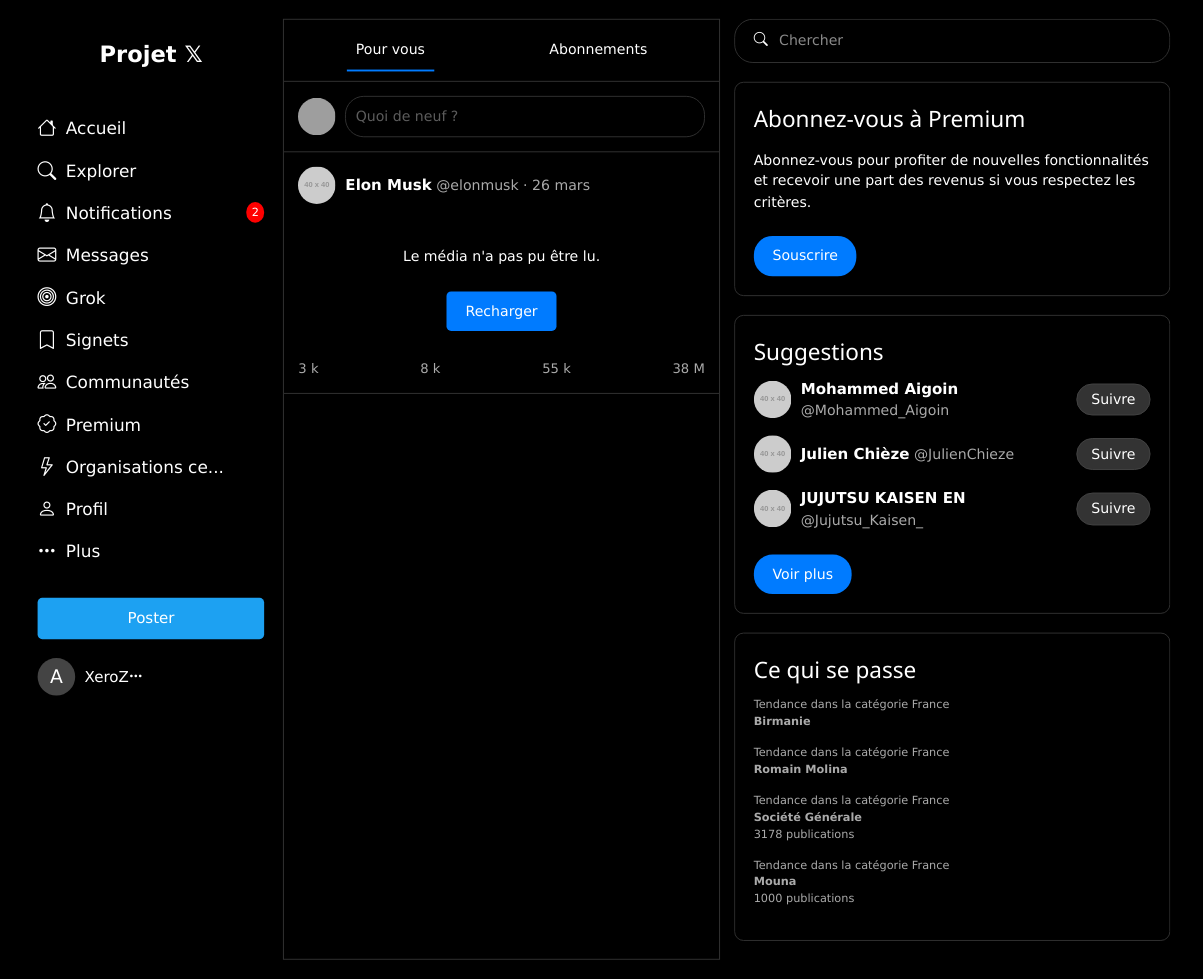
Repository: barriefl/ProjetX_BARRIER_MAULINE_MARQUES-FELIX_SERVONNET
Page: front/index.html
These files come from the project's save history. The page is drawn as it stood at one moment and after a run of saves; the edit follows.
The browser window is 1280 px wide. The pictures show the whole page, at 94% of full size.
Pictures or frames that could not be fetched are drawn as grey boxes.

Above is the page before, as saved 2025-03-28 09:32:15.

### front/index.html
<!DOCTYPE html>
<html lang="fr">
  <head>
    <meta charset="UTF-8" />
    <meta name="viewport" content="width=device-width, initial-scale=1.0" />
    <title>ProjetX</title>
    <link rel="stylesheet" href="style.css" />
    <link rel="stylesheet" href="https://www.w3schools.com/w3css/5/w3.css" />
    <link
      rel="stylesheet"
      href="https://cdn.jsdelivr.net/npm/bootstrap-icons@1.5.0/font/bootstrap-icons.css"
    />
  </head>
  <body>
    <div class="sidebar">
      <div class="logo">
        <a href="">Projet &Xopf;</a>
      </div>
      <ul class="menu">
        <li>
          <a href=""
            ><span class="icon"><i class="bi bi-house"></i></span> Accueil</a
          >
        </li>
        <li>
          <a href=""
            ><span class="icon"><i class="bi bi-search"></i></span>Explorer</a
          >
        </li>
        <li>
          <a href="#"
            ><span class="icon"><i class="bi bi-bell"></i></span> Notifications
            <span class="notification-badge">2</span></a
          >
        </li>
        <li>
          <a href="#"
            ><span class="icon"><i class="bi bi-envelope"></i></span>
            Messages</a
          >
        </li>
        <li>
          <a href="#"
            ><span class="icon"><i class="bi bi-bullseye"></i></span> Grok</a
          >
        </li>
        <li>
          <a href="#"
            ><span class="icon"><i class="bi bi-bookmark"></i></span> Signets</a
          >
        </li>
        <li>
          <a href="#"
            ><span class="icon"><i class="bi bi-people"></i></span>
            Communautés</a
          >
        </li>
        <li>
          <a href="#"
            ><span class="icon"><i class="bi bi-patch-check"></i></span>
            Premium</a
          >
        </li>
        <li>
          <a href="#"
            ><span class="icon"><i class="bi bi-lightning"></i></span>
            Organisations ce...</a
          >
        </li>
        <li>
          <a href="#"
            ><span class="icon"><i class="bi bi-person"></i></span> Profil</a
          >
        </li>
        <li>
          <a href="#"
            ><span class="icon"><i class="bi bi-three-dots"></i></span> Plus</a
          >
        </li>
      </ul>
      <div class="post-button">
        <button>Poster</button>
      </div>
      <div class="user-info">
        <span class="avatar">A</span>
        <span class="username">XeroZ</span>
        <span class="more-info"><i class="bi bi-three-dots"></i></span>
      </div>
    </div>
    <div class="container container-border">
      <!-- Tabs -->
      <div class="tab-menu">
        <a href="#" class="active">Pour vous</a>
        <a href="#">Abonnements</a>
      </div>

      <!-- Header -->
      <div class="header">
        <img src="empty.png" alt="empty.png" />
        <input type="text" placeholder="Quoi de neuf ?" />
      </div>

      <!-- Post -->
      <div class="post">
        <div class="user-info">
          <img src="https://via.placeholder.com/40" alt="User Avatar" />
          <div>
            <span class="username">Elon Musk</span>
            <span style="color: #aaa">@elonmusk · 26 mars</span>
          </div>
        </div>
        <div class="content">
          <p>Le média n'a pas pu être lu.</p>
          <button>Recharger</button>
        </div>
        <div class="actions">
          <span>3 k</span>
          <span>8 k</span>
          <span>55 k</span>
          <span>38 M</span>
        </div>
      </div>
    </div>
    <div class="container">
      <!-- Barre de recherche -->
      <div class="search-bar">
        <i class="bi bi-search"></i>
        <input type="text" placeholder="Chercher" />
      </div>

      <!-- Section Premium -->
      <div class="card">
        <h3>Abonnez-vous à Premium</h3>
        <p>
          Abonnez-vous pour profiter de nouvelles fonctionnalités et recevoir
          une part des revenus si vous respectez les critères.
        </p>
        <a href="#" class="button">Souscrire</a>
      </div>

      <!-- Suggestions -->
      <div class="card">
        <h3>Suggestions</h3>
        <div class="suggestion">
          <img src="https://via.placeholder.com/40" alt="Avatar" />
          <div class="info">
            <span class="username">Mohammed Aigoin</span>
            <span class="handle">@Mohammed_Aigoin</span>
          </div>
          <button>Suivre</button>
        </div>
        <div class="suggestion">
          <img src="https://via.placeholder.com/40" alt="Avatar" />
          <div class="info">
            <span class="username">Julien Chièze</span>
            <span class="handle">@JulienChieze</span>
          </div>
          <button>Suivre</button>
        </div>
        <div class="suggestion">
          <img src="https://via.placeholder.com/40" alt="Avatar" />
          <div class="info">
            <span class="username">JUJUTSU KAISEN EN</span>
            <span class="handle">@Jujutsu_Kaisen_</span>
          </div>
          <button>Suivre</button>
        </div>
        <a
          href="#"
          class="button"
          style="margin-top: 10px; display: inline-block"
          >Voir plus</a
        >
      </div>

      <!-- Tendances -->
      <div class="card">
        <h3>Ce qui se passe</h3>
        <ul class="trends">
          <li>
            <span>Tendance dans la catégorie France</span>
            <span class="title">Birmanie</span>
          </li>
          <li>
            <span>Tendance dans la catégorie France</span>
            <span class="title">Romain Molina</span>
          </li>
          <li>
            <span>Tendance dans la catégorie France</span>
            <span class="title">Société Générale</span>
            <span>3178 publications</span>
          </li>
          <li>
            <span>Tendance dans la catégorie France</span>
            <span class="title">Mouna</span>
            <span>1000 publications</span>
          </li>
        </ul>
      </div>
    </div>
  </body>
</html>

### front/style.css
body {
    margin: 0;
    font-family: Arial, sans-serif;
    background-color: #000;
    color: white;
    padding: 0;
    display: flex;
    justify-content: center;
    padding: 20px;
}

.sidebar {
    width: 300px;
    height: 100vh;
    display: flex;
    flex-direction: column;
    padding: 20px;
}

.logo {
    text-align: center;
    font-size: 24px;
    font-weight: bold;
    margin-bottom: 30px;
}

.logo a {
    text-decoration: none;
    color: white;
}

.menu {
    list-style: none;
    padding: 0;
    margin: 0;
    flex-grow: 1;
}

.menu li {
    margin: 15px 0;
}

.menu a {
    text-decoration: none;
    color: white;
    display: flex;
    align-items: center;
    font-size: 18px;
}

.menu .icon {
    margin-right: 10px;
    font-size: 20px;
}

.notification-badge {
    background-color: red;
    color: white;
    font-size: 12px;
    border-radius: 50%;
    padding: 2px 6px;
    margin-left: auto;
}

.post-button {
    margin: 20px 0;
}

.post-button button {
    width: 100%;
    padding: 10px;
    font-size: 16px;
    background-color: #1da1f2;
    color: white;
    border: none;
    border-radius: 5px;
    cursor: pointer;
}

.post-button button:hover {
    background-color: #0d8ce0;
}

.user-info {
    display: flex;
    align-items: center;
    margin-top: auto;
}

.avatar {
    background-color: #444;
    width: 40px;
    height: 40px;
    display: flex;
    align-items: center;
    justify-content: center;
    border-radius: 50%;
    font-size: 20px;
    margin-right: 10px;
}

.username {
    font-size: 16px;
}

.container {
    width: 500px;
    overflow: hidden;
    margin-right: 15px;
}

.container-border {
    border: 1px solid #333;
}

.header {
    display: flex;
    align-items: center;
    padding: 15px;
    border-bottom: 1px solid #333;
}

.header img {
    width: 40px;
    height: 40px;
    border-radius: 50%;
    margin-right: 10px;
}

.header input {
    flex: 1;
    background: transparent;
    border: 1px solid #333;
    border-radius: 20px;
    padding: 10px;
    color: #fff;
}

.header input::placeholder {
    color: #aaa;
}

.post {
    padding: 15px;
    border-bottom: 1px solid #333;
}

.post .user-info {
    display: flex;
    align-items: center;
    margin-bottom: 10px;
}

.post .user-info img {
    width: 40px;
    height: 40px;
    border-radius: 50%;
    margin-right: 10px;
}

.post .user-info .username {
    font-weight: bold;
}

.post .content {
    border-color
    border-radius: 10px;
    padding: 20px;
    text-align: center;
}

.post .content button {
    background-color: #007bff;
    color: #fff;
    border: none;
    border-radius: 5px;
    padding: 10px 20px;
    margin-top: 10px;
    cursor: pointer;
}

.post .actions {
    display: flex;
    justify-content: space-between;
    margin-top: 10px;
    font-size: 14px;
    color: #aaa;
}

.tab-menu {
    display: flex;
    justify-content: space-around;
    padding: 10px;
    border-bottom: 1px solid #333;
}

.tab-menu a {
    color: #fff;
    text-decoration: none;
    padding: 10px;
}

.tab-menu a.active {
    border-bottom: 2px solid #007bff;
}

 .search-bar {
     display: flex;
     padding: 10px 20px;
     margin-bottom: 20px;
     border-radius: 20px;
     border: 1px solid #333;
 }

 .search-bar input {
     flex: 1;
     background: transparent;
     border: none;
     outline: none;
     color: #ffffff;
 }

 .search-bar i {
     margin-right: 10px;
 }

 .card {
    border: 1px solid #333;
     border-radius: 10px;
     padding: 20px;
     margin-bottom: 20px;
 }

 .card h3 {
     margin-top: 0;
 }

 .card .button {
     display: inline-block;
     background-color: #007bff;
     color: #ffffff;
     text-decoration: none;
     padding: 10px 20px;
     border-radius: 20px;
     margin-top: 10px;
     text-align: center;
 }

 .suggestion {
     display: flex;
     align-items: center;
     margin-bottom: 15px;
 }

 .suggestion img {
     width: 40px;
     height: 40px;
     border-radius: 50%;
     margin-right: 10px;
 }

 .suggestion .info {
     flex: 1;
 }

 .suggestion .info .username {
     font-weight: bold;
 }

 .suggestion .info .handle {
     color: #aaa;
 }

 .suggestion button {
     background-color: #333;
     border: 1px solid #444;
     color: #fff;
     border-radius: 20px;
     padding: 5px 15px;
     cursor: pointer;
 }

 .trends {
     list-style: none;
     padding: 0;
     margin: 0;
 }

 .trends li {
     margin-bottom: 15px;
 }

 .trends li span {
     display: block;
     color: #aaa;
     font-size: 12px;
 }

 .trends li .title {
     font-weight: bold;
 }

After the next 2 saves:
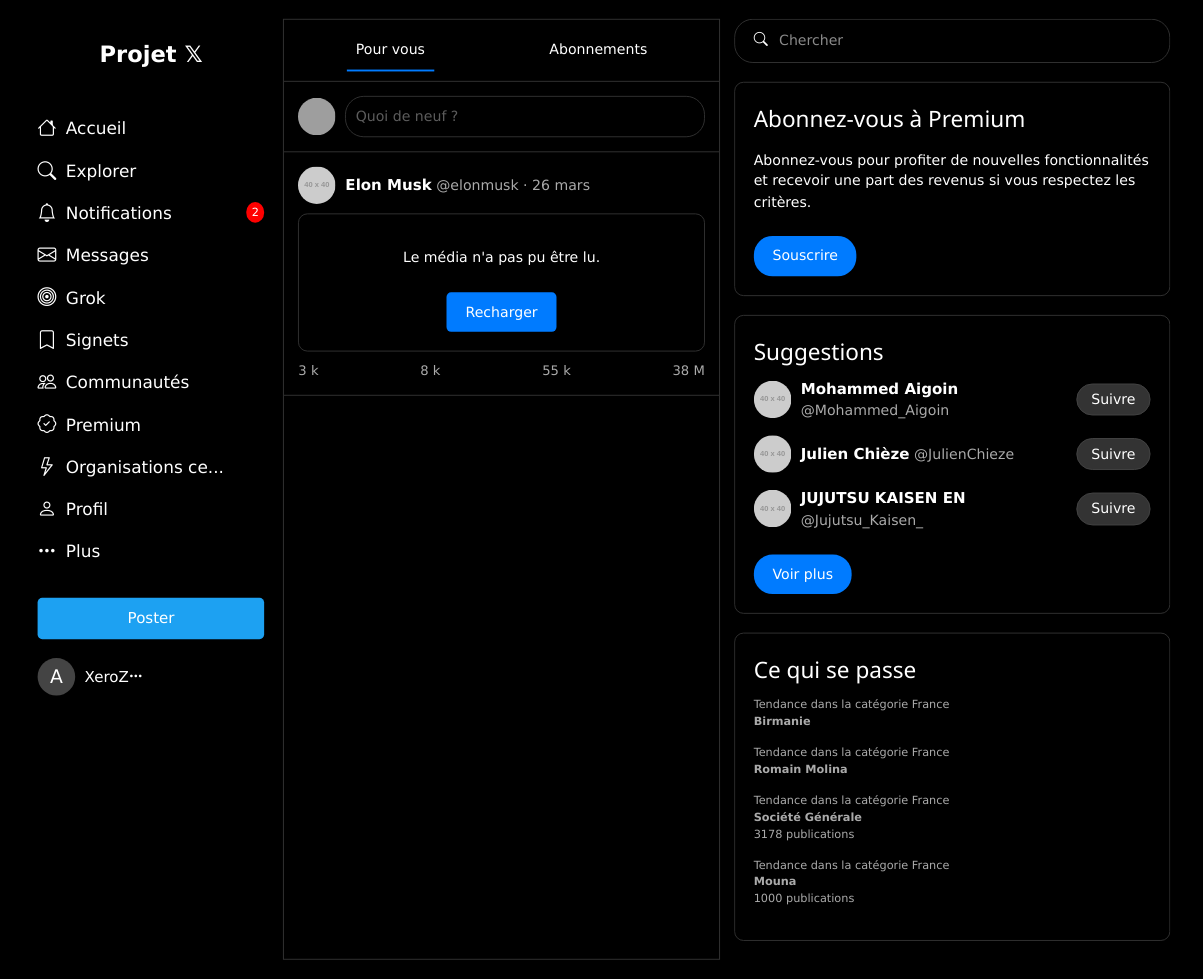
The 2 saves are shown as one change because they came seconds apart.
The last was saved 21 s later.
--- a/front/style.css
+++ b/front/style.css
@@ -163,7 +163,7 @@
 }
 
 .post .content {
-    border-color
+    border: solid 1px #333;
     border-radius: 10px;
     padding: 20px;
     text-align: center;
